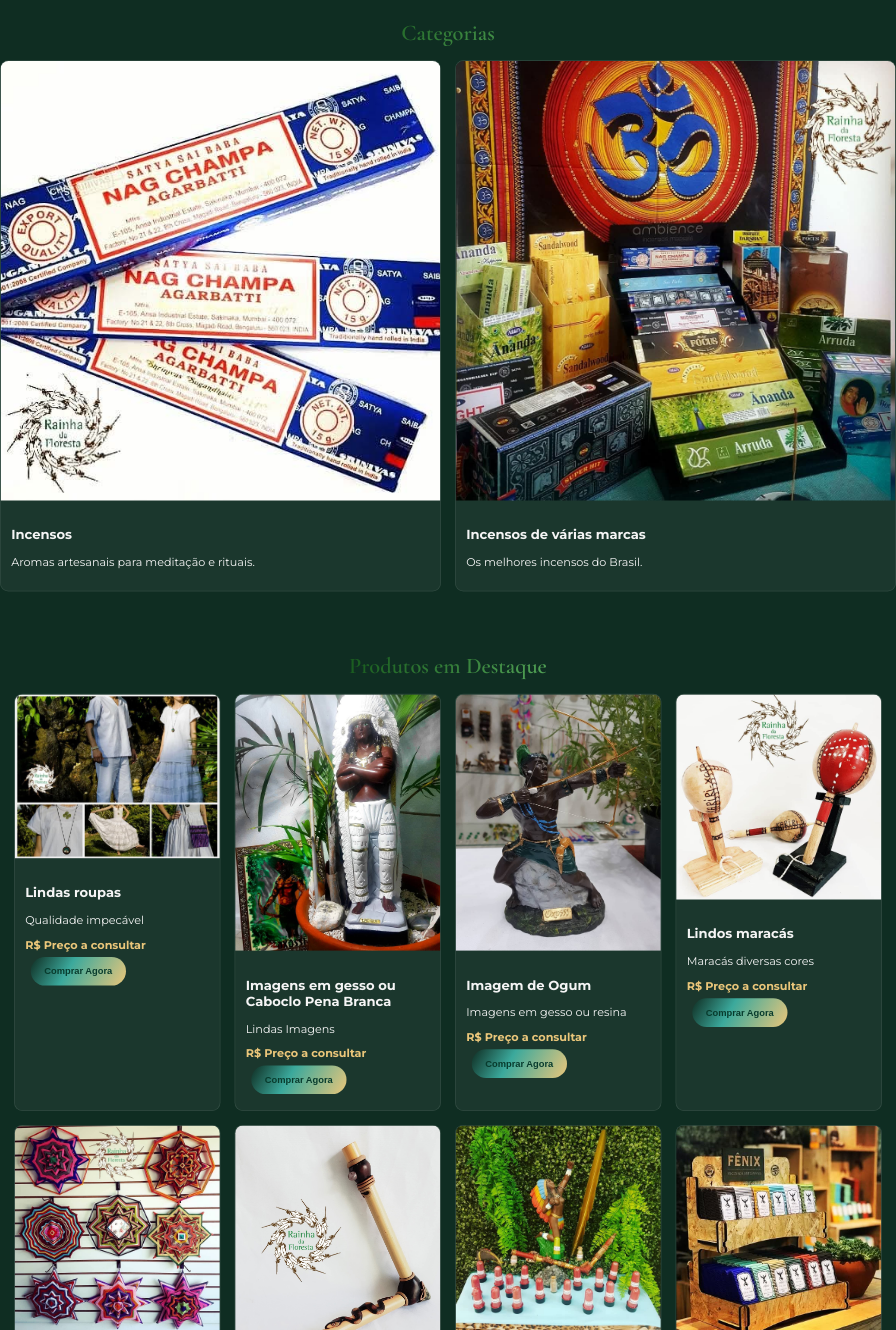
Repository: Sandro1969-tech/rainha-floresta-aho
Page: index.html
The author's editor kept a copy of each file at every save. The page is drawn from the files as they stood at one save, then again after the next save.
The browser window is 1280 px wide. The pictures show the part of the page from y = 1080 to 2980 px (the page is 5152 px tall before and 5252 px after), at 70% of full size.

Above is the page before, as saved 2025-11-30 22:14:19.

After the next save:
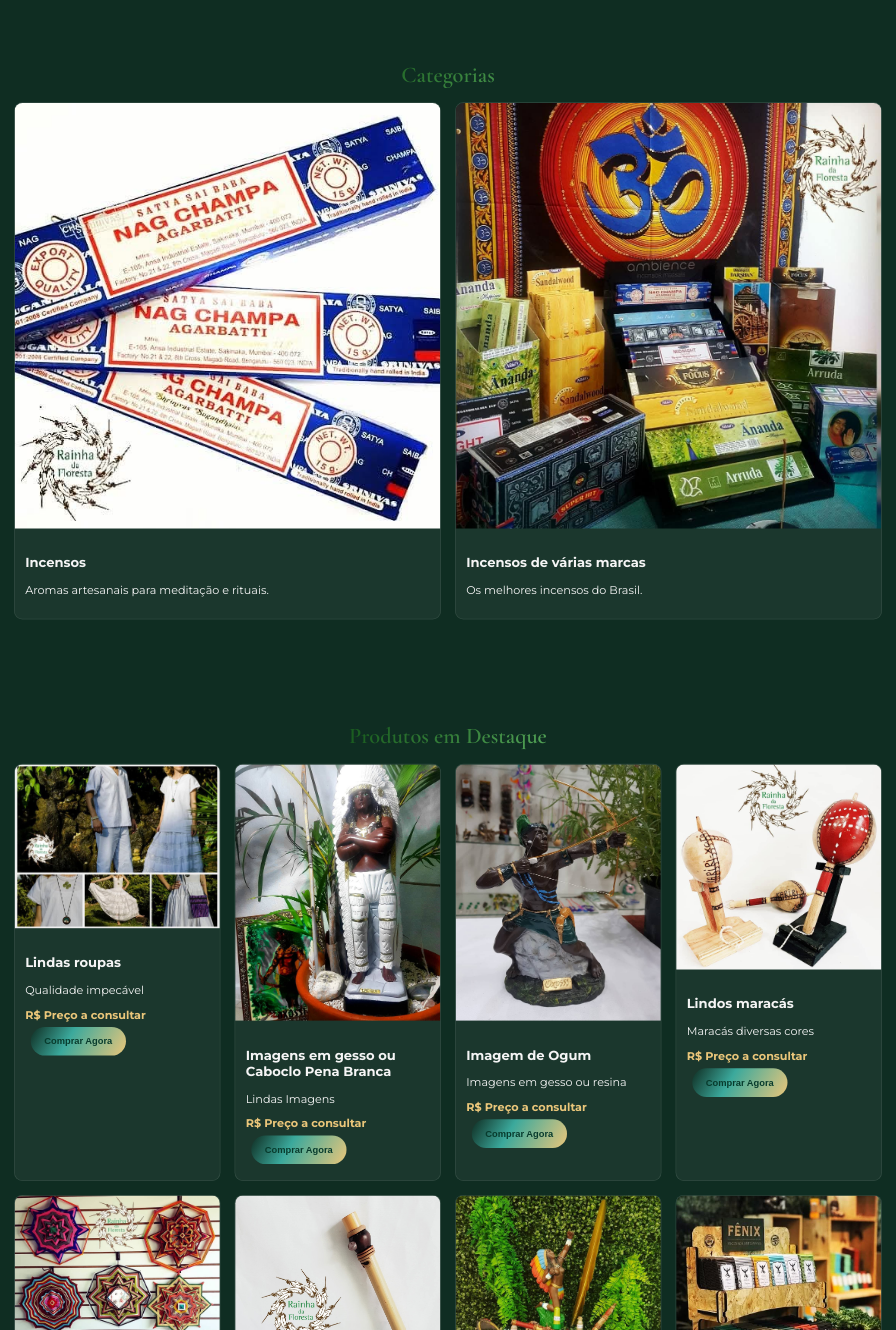
Saved 5 s later.
--- a/index.html
+++ b/index.html
@@ -181,7 +181,7 @@
     <button class="btn">Conheça nossos produtos</button>
   </section>
 <div class="video-container"
-<iframe src="https://facebook.com/share/v/17TEwRuv4X/" frame
+<iframe src="https://facebook.com/share/v/17TEwRuv4X/" frameborder="0" allowfullscreen></iframe>
   <section id="categorias">
     <h2>Categorias</h2>
     <div class="grid">
